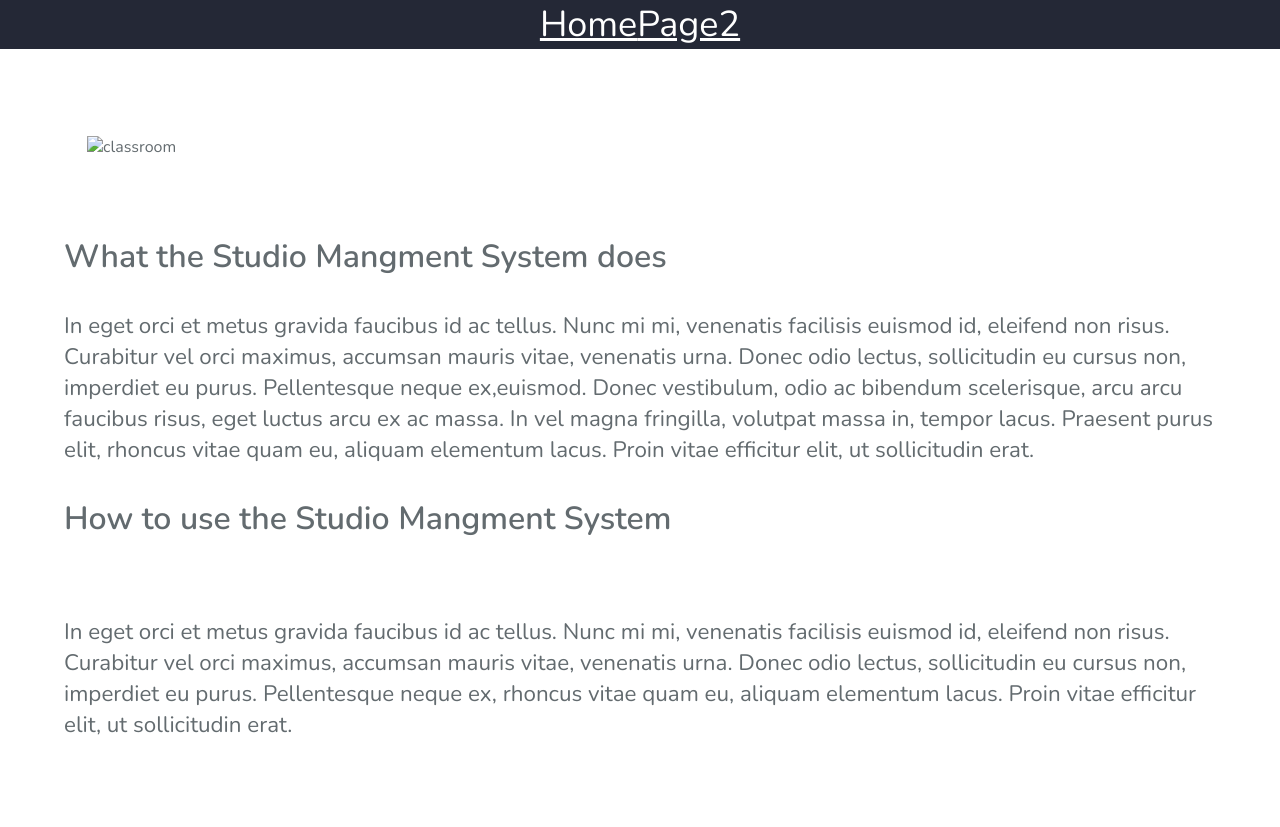
Repository: littae2/simplicite
Page: http://localhost/
An editor plug-in stored every save of this project. The page is shown before and after the next save, followed by the edit.
The browser window is 1280 px wide. The pictures show the whole page.
Some web libraries are served in a nearby version. The page is served by the project's Laravel application, run on PHP 8.4 with Laravel 8.

Above is the page before, as saved 2021-07-30 20:59:39.

After the next save:
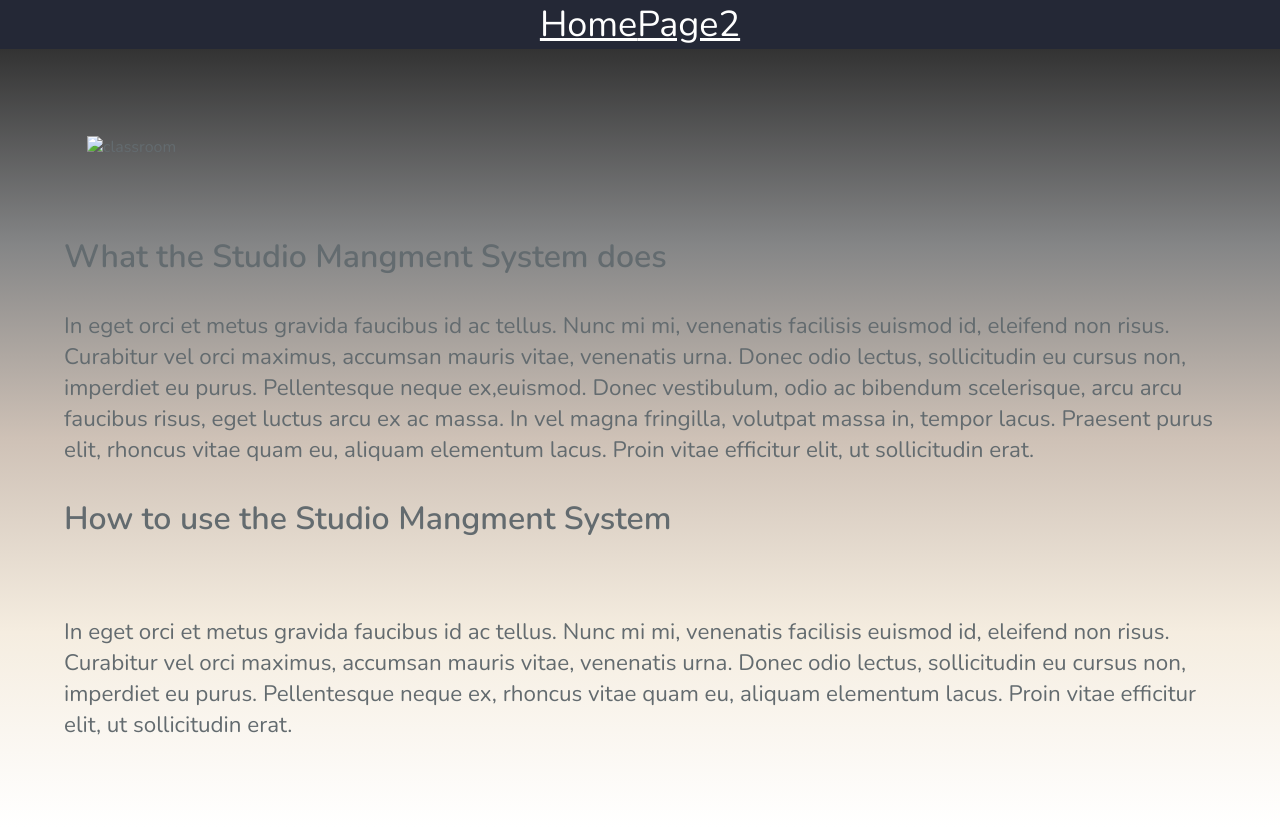
Saved 94 s later.
--- a/Project/public/css/styles.css
+++ b/Project/public/css/styles.css
@@ -18,7 +18,7 @@ jet: rgba(51, 51, 51, 1);
     display: flex;
     flex-flow: column;
     padding: 5%;
-    background-color: linear-gradient(0deg, #ffffffff, #f5ede0ff, #cec1b6ff, #848586ff, #333333ff);
+    background: linear-gradient(0deg, #ffffffff, #f5ede0ff, #cec1b6ff, #848586ff, #333333ff);
 }
 #classImg {
     width: 30%;
